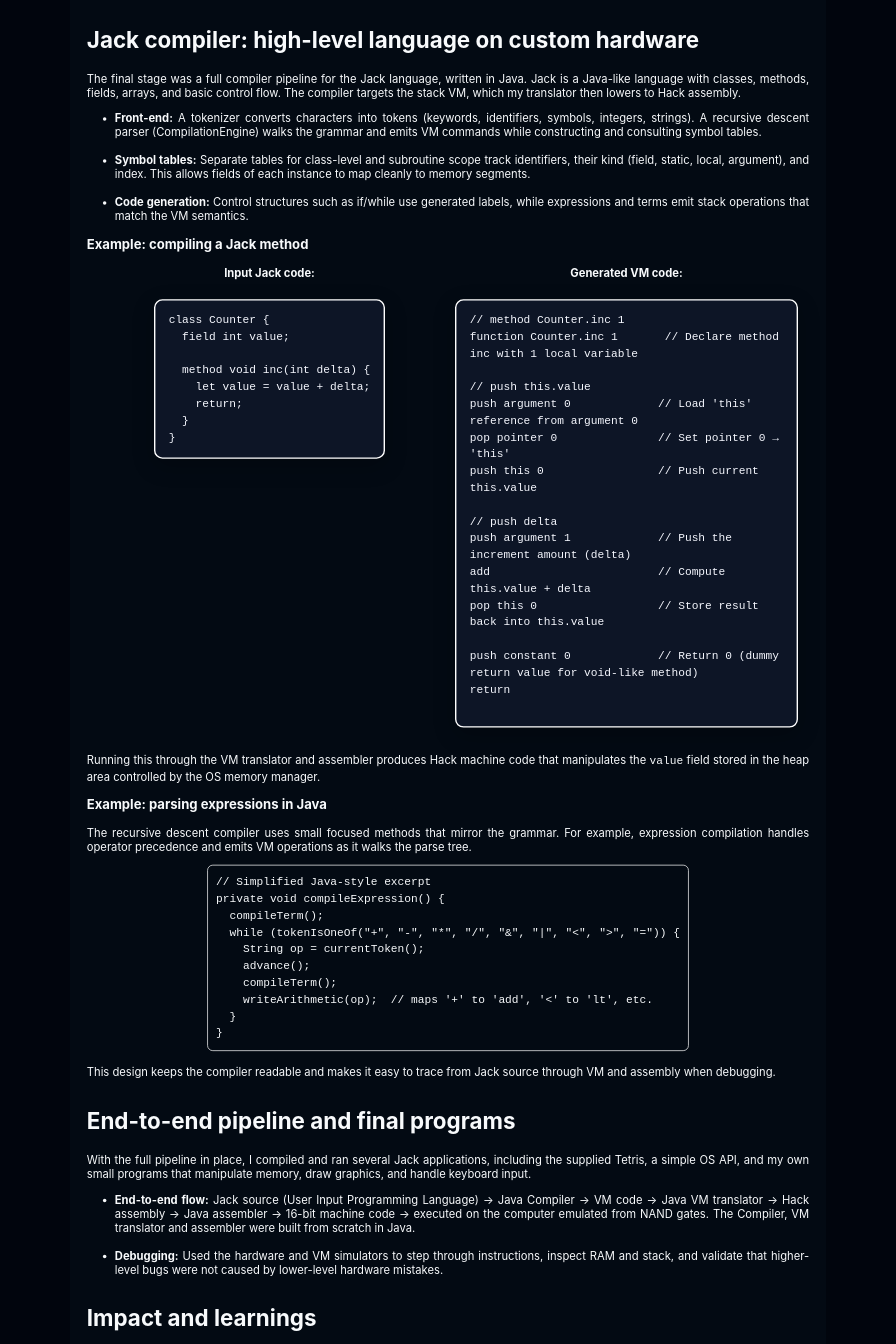
Repository: Abdulaziz-04/Abdulaziz-04.github.io
Page: deepdives/backend_systems/nand2tetris/nand2tetris.html
The author's editor kept a copy of each file at every save. The page is drawn from the files as they stood at one save, then again after the next save.
The browser window is 1280 px wide. The pictures show the part of the page from y = 4159 to 6079 px (the page is 6403 px tall), at 70% of full size.

Above is the page before, as saved 2025-11-20 21:48:30.

After the next save:
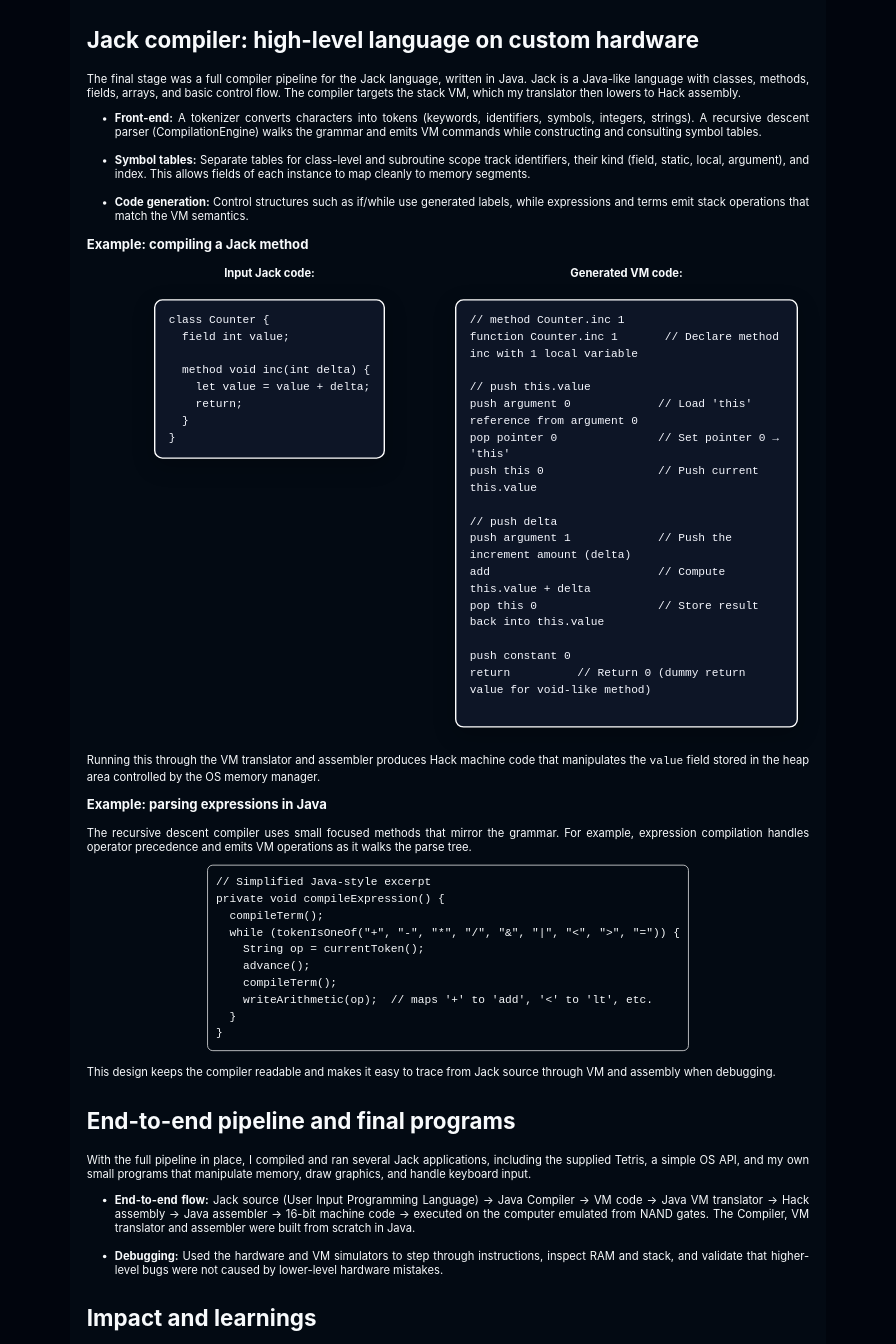
Saved 50 s later.
--- a/deepdives/backend_systems/nand2tetris/nand2tetris.html
+++ b/deepdives/backend_systems/nand2tetris/nand2tetris.html
@@ -495,8 +495,8 @@ push argument 1             // Push the increment amount (delta)
 add                         // Compute this.value + delta
 pop this 0                  // Store result back into this.value
 
-push constant 0             // Return 0 (dummy return value for void-like method)
-return
+push constant 0
+return          // Return 0 (dummy return value for void-like method)
   </code></pre>
           </div>
         </div>
